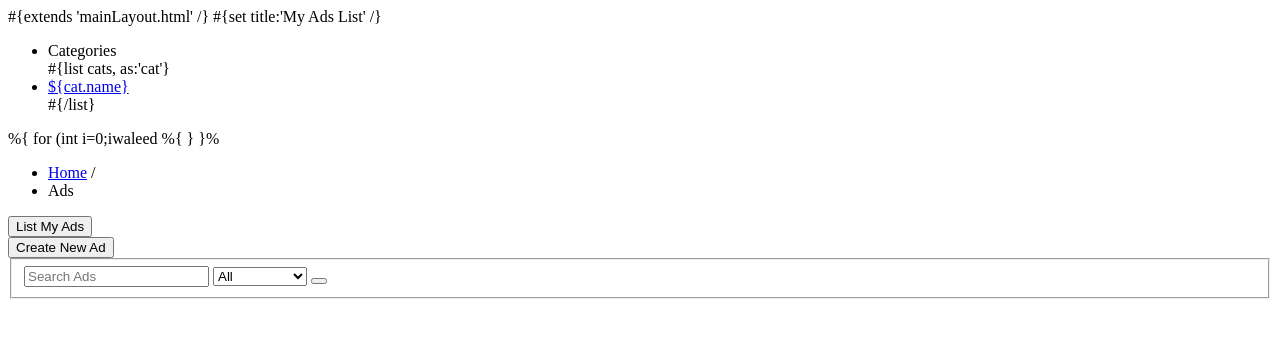
Repository: Maalejm/SEBA
Page: SlifeWebSite/app/views/Ads/index.html
These files come from the project's save history. The page is drawn as it stood at one moment and after the next save; the edit follows.
The browser window is 1280 px wide. The pictures show the whole page.

Above is the page before, as saved 2013-06-17 23:29:10.
Console error: SyntaxError: Invalid or unexpected token

After the next save:
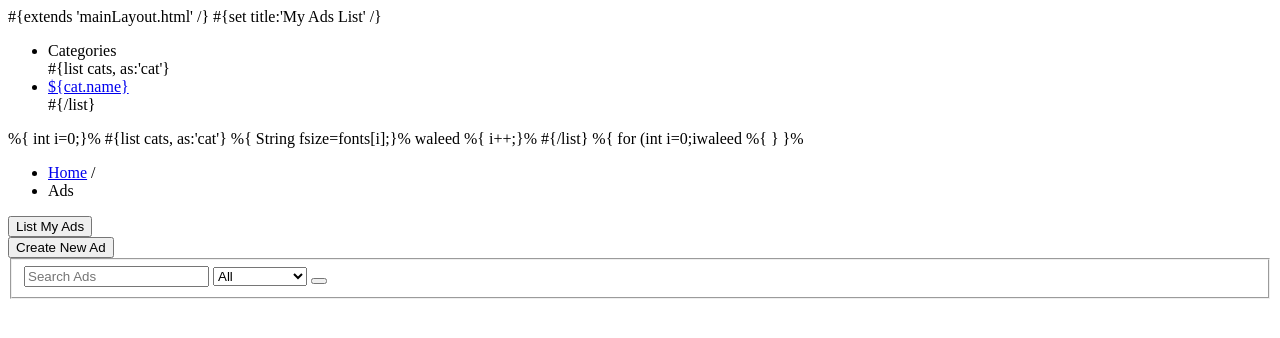
Saved 2 min 27 s later.
--- a/SlifeWebSite/app/views/Ads/index.html
+++ b/SlifeWebSite/app/views/Ads/index.html
@@ -21,7 +21,12 @@
                         #{/list}
 
                     </ul>
-
+                    %{ int i=0;}%
+                    #{list cats, as:'cat'}
+                       %{ String fsize=fonts[i];}%
+                       <span><a>waleed</a></span>
+                      %{ i++;}%
+                    #{/list}
 
                     %{ for (int i=0;i<cats.size();i++) {
                     	//Category cat=cats.get(i);
